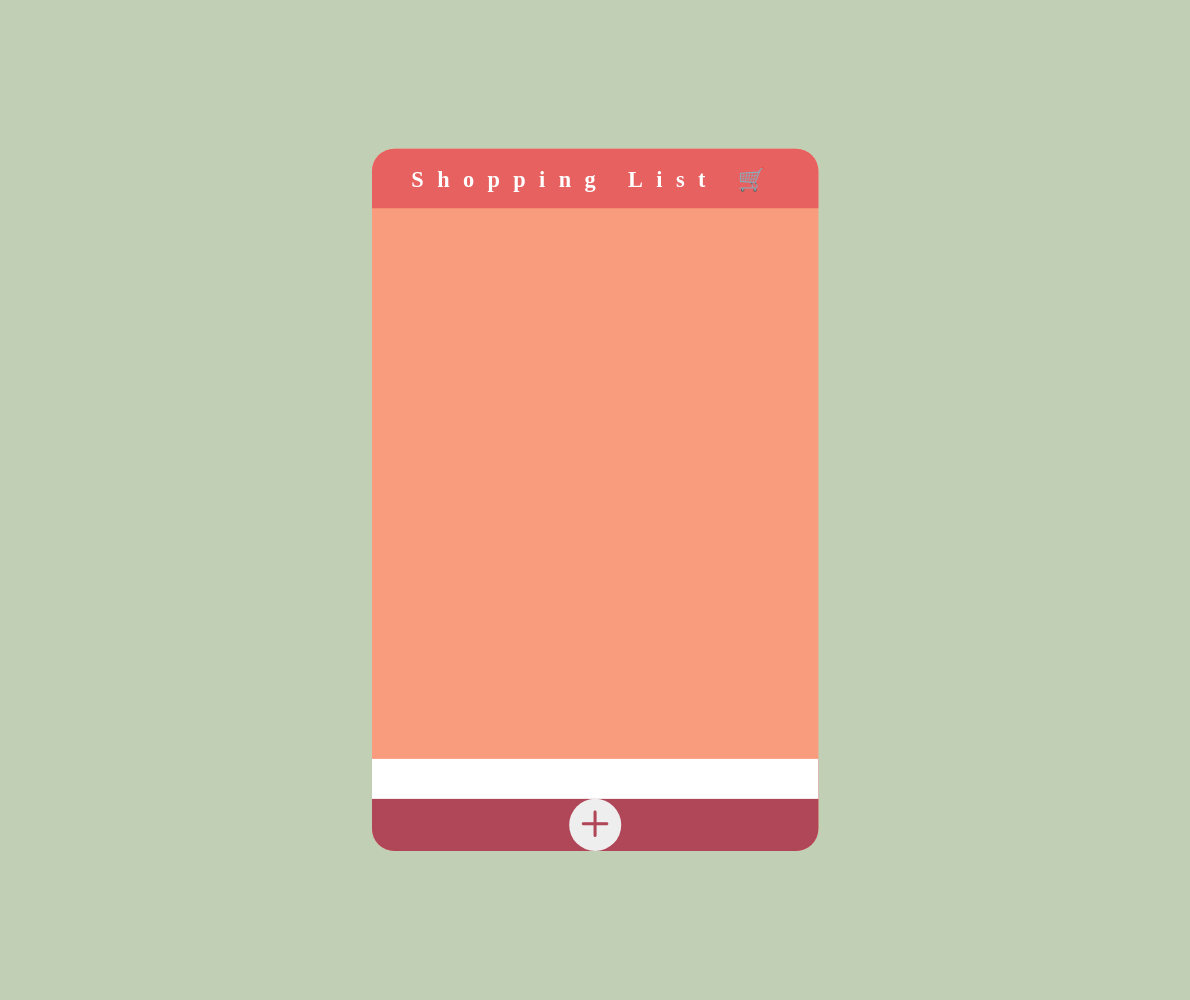
Repository: sephinejo/shopping-list-app
Page: index.html
The author's editor kept a copy of each file at every save. The page is drawn from the files as they stood at one save, then again after the next save.
The browser window is 1280 px wide. The pictures show the whole page, at 93% of full size.
Some web fonts or font styles are not loaded; a fallback is used. Some web libraries are served in a nearby version.

Above is the page before, as saved 2023-05-12 17:38:01.

After the next save:
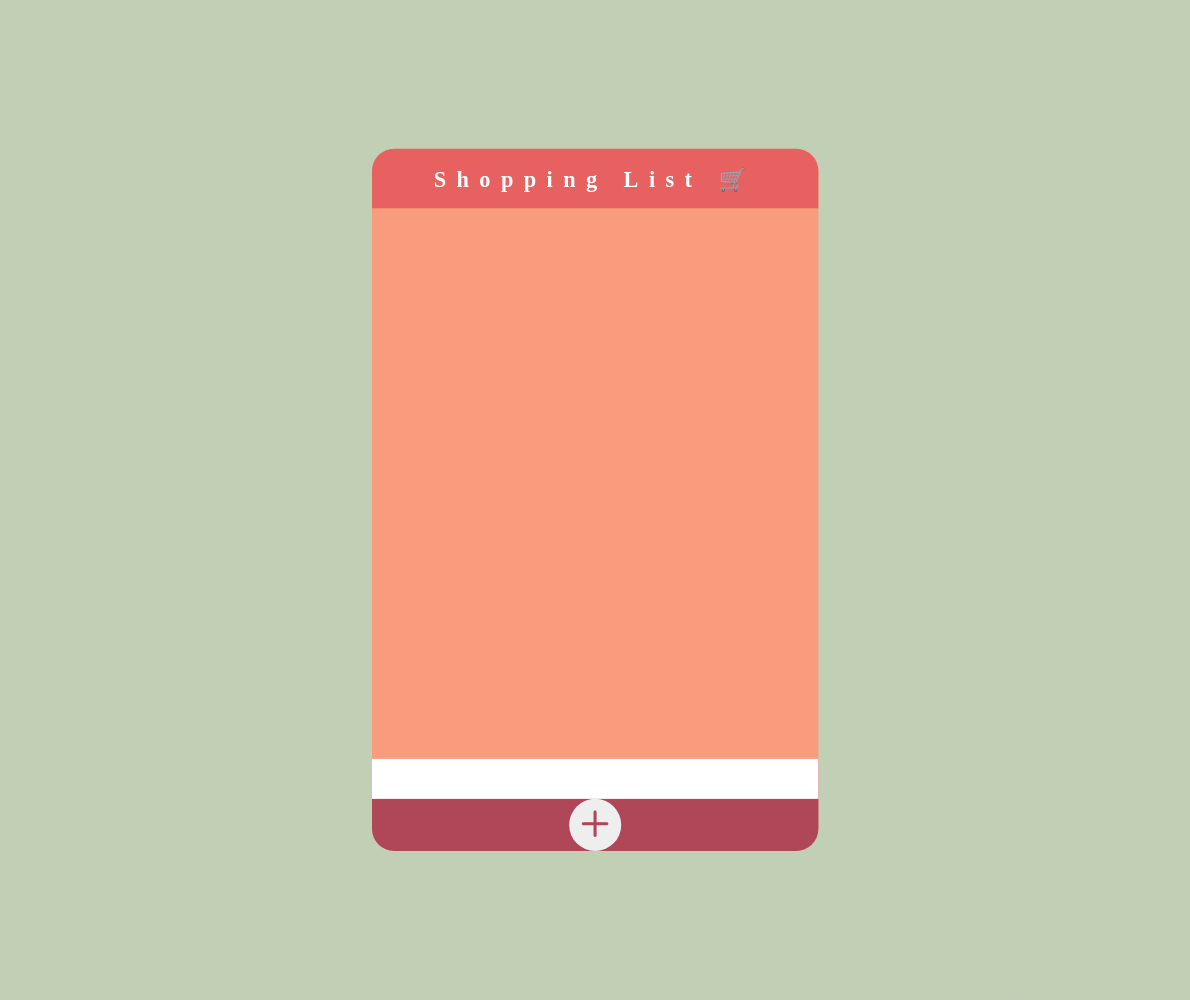
Saved 9 s later.
--- a/style.css
+++ b/style.css
@@ -31,7 +31,7 @@ Header
   font-size: 1.5rem;
   font-weight: 700;
   color: white;
-  letter-spacing: 0.9rem;
+  letter-spacing: 0.7rem;
   background: #e76161;
   border-radius: 1.5rem 1.5rem 0 0;
 }
